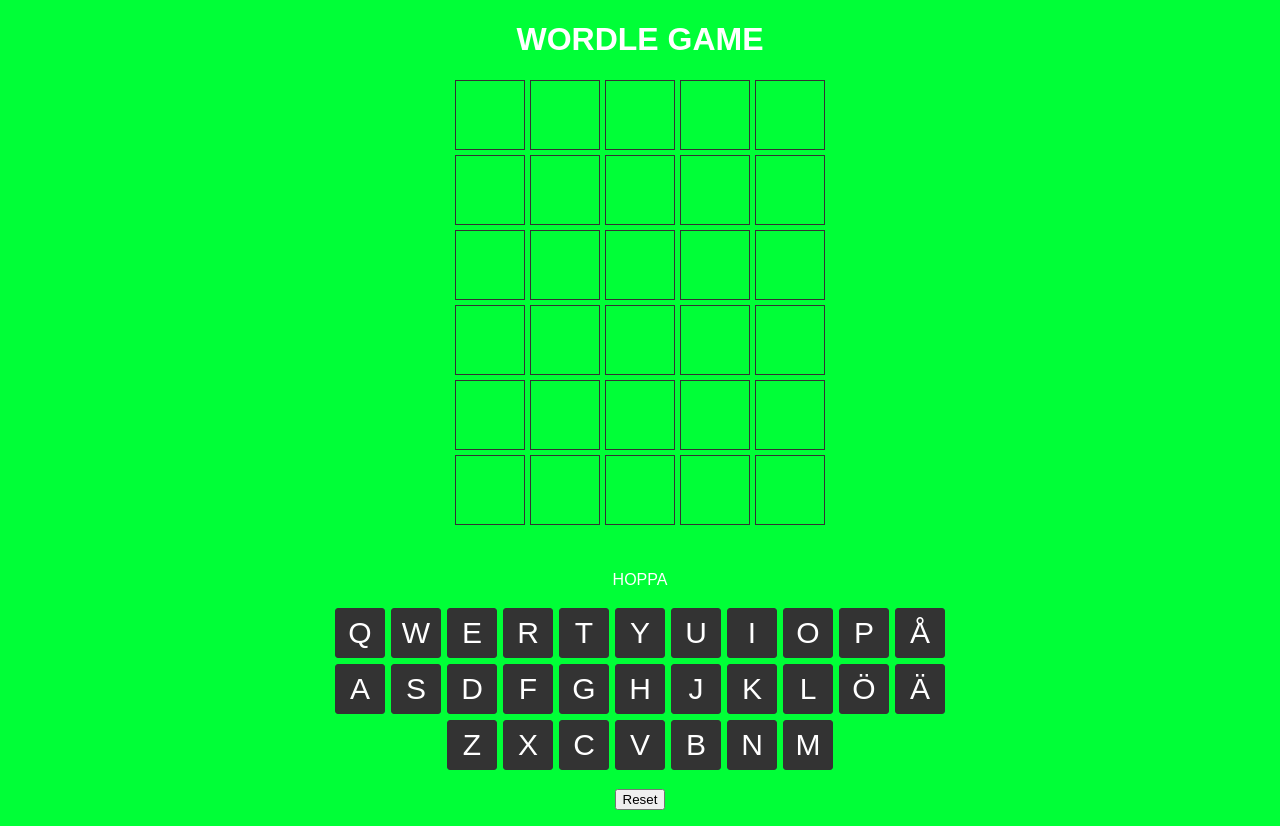
Repository: KarimIsaac/WorldeGame
Page: index.html
An editor plug-in stored every save of this project. The page is shown before and after the next save, followed by the edit.
The browser window is 1280 px wide. The pictures show the whole page.

Above is the page before, as saved 2022-03-13 06:51:15.

After the next save:
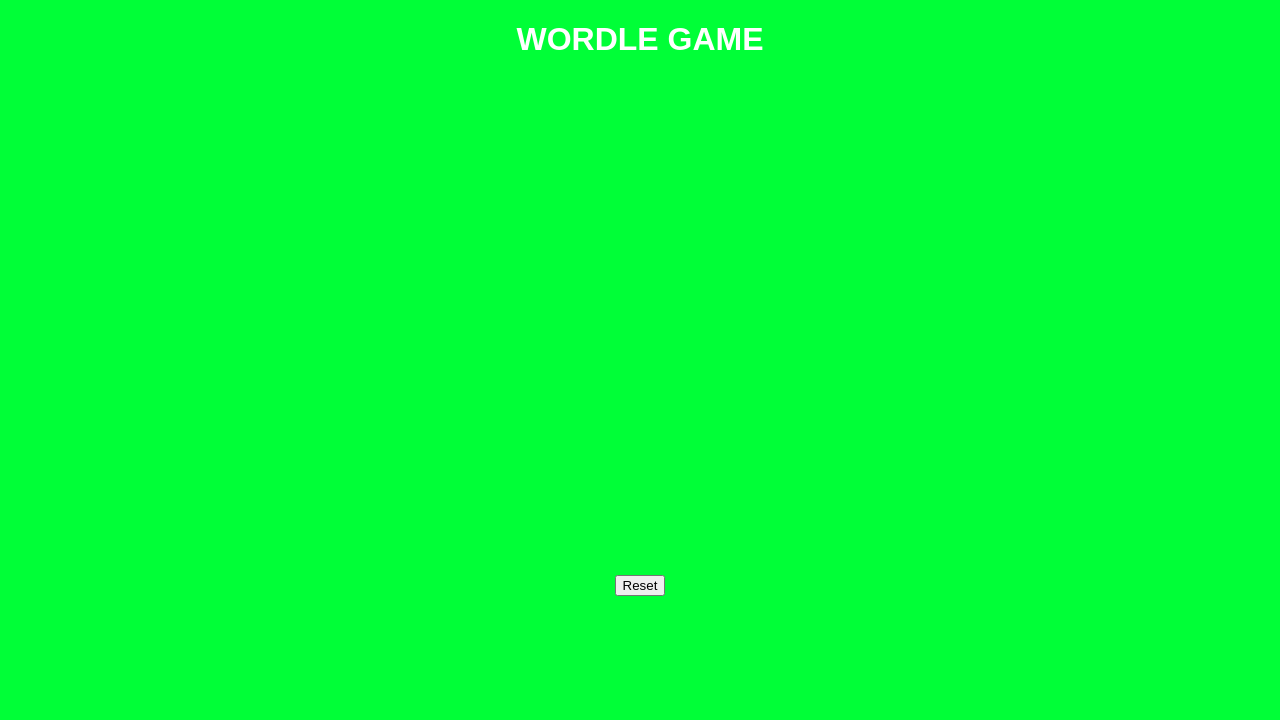
Console error: SyntaxError: Invalid or unexpected token
Saved 24 s later.
--- a/script.js
+++ b/script.js
@@ -3,7 +3,8 @@
 
 let answer = "";
 
-const words = ["spela", "äpple", "hoppa", "dansa" ,""];
+const words = ["spela", "äpple", "hoppa", "dansa" ,"
+"];
 
 let attempts = [];
 let currentAttempt = "";

After the save that followed:
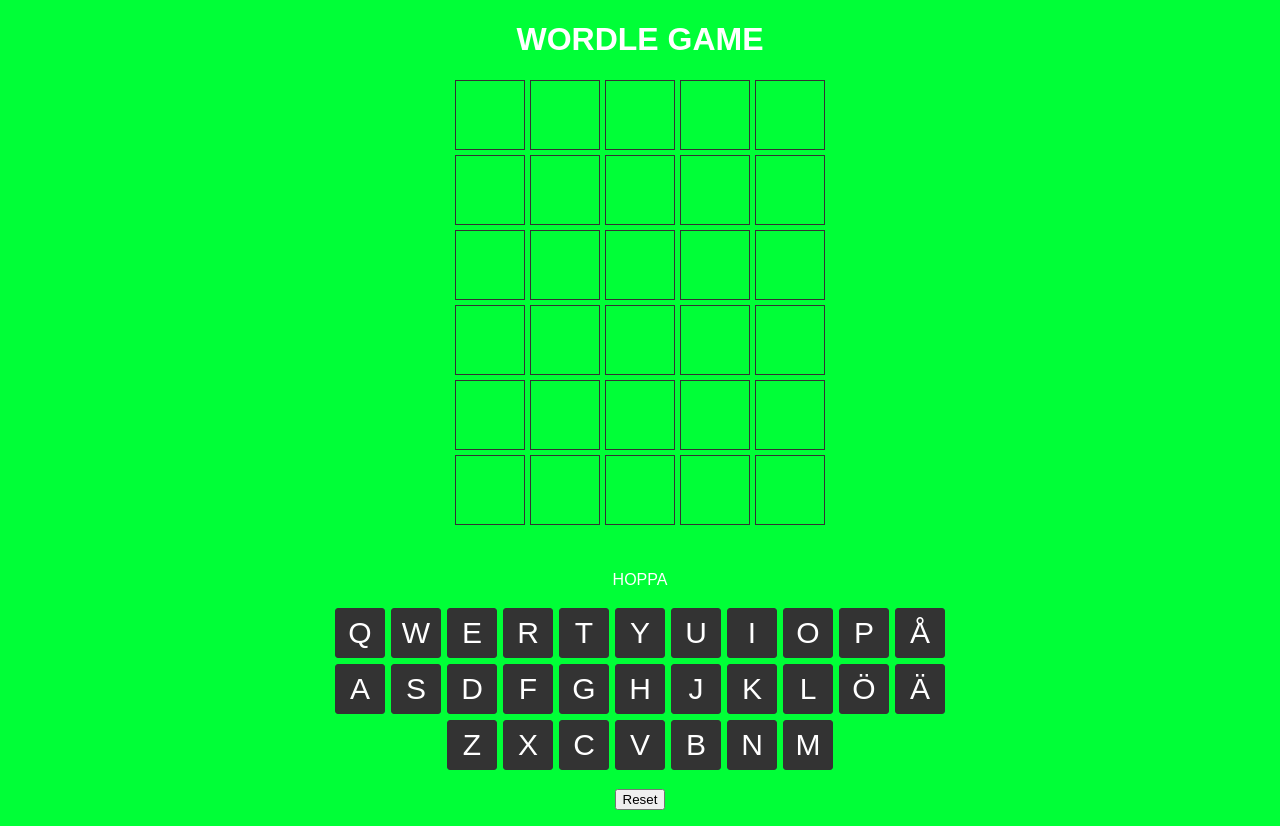
The error is gone.
Saved 20 s later.
--- a/script.js
+++ b/script.js
@@ -3,8 +3,7 @@
 
 let answer = "";
 
-const words = ["spela", "äpple", "hoppa", "dansa" ,"
-"];
+const words = ["spela", "äpple", "hoppa", "dansa" ,""];
 
 let attempts = [];
 let currentAttempt = "";
